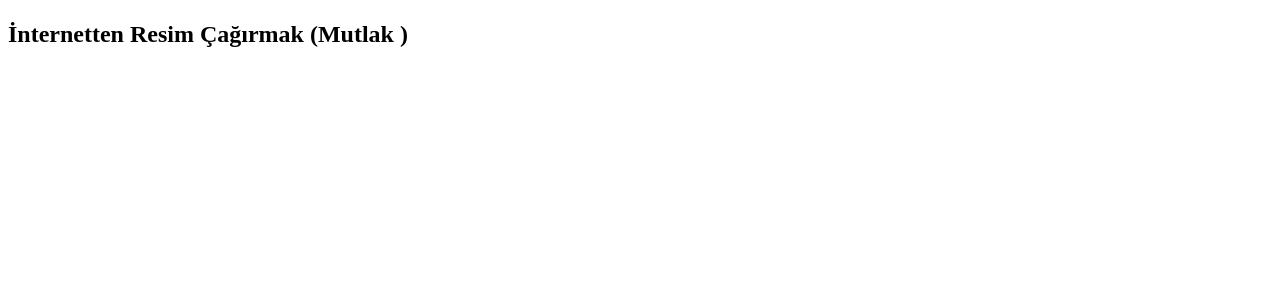
Repository: BeritanBlgn/web-yazilim-muhendisligi
Page: Modul_1/Ders_7/1.7.2_resimler.html
An editor plug-in stored every save of this project. The page is shown before and after the next save, followed by the edit.
The browser window is 1280 px wide. The pictures show the whole page.

Above is the page before, as saved 2026-10-21 20:41:14.

After the next save:
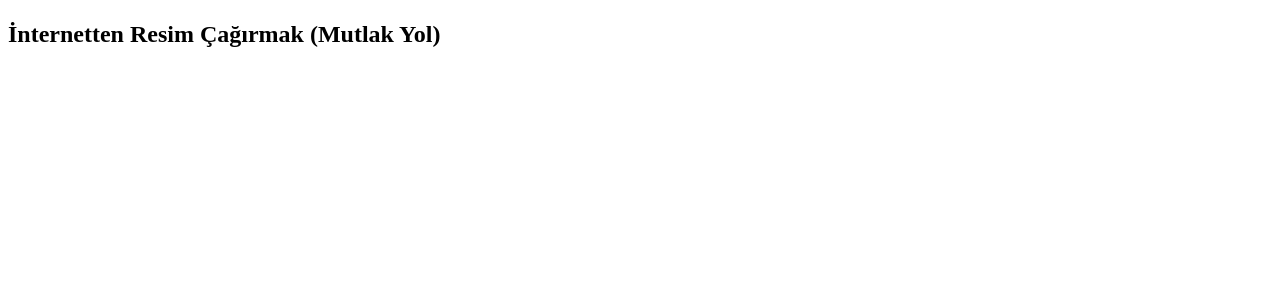
Saved 4 s later.
--- a/Modul_1/Ders_7/1.7.2_resimler.html
+++ b/Modul_1/Ders_7/1.7.2_resimler.html
@@ -16,7 +16,7 @@
 
       </h1>
       <h2>
-        İnternetten Resim Çağırmak (Mutlak )
+        İnternetten Resim Çağırmak (Mutlak Yol)
       </h2>
 </body>
 </html>
